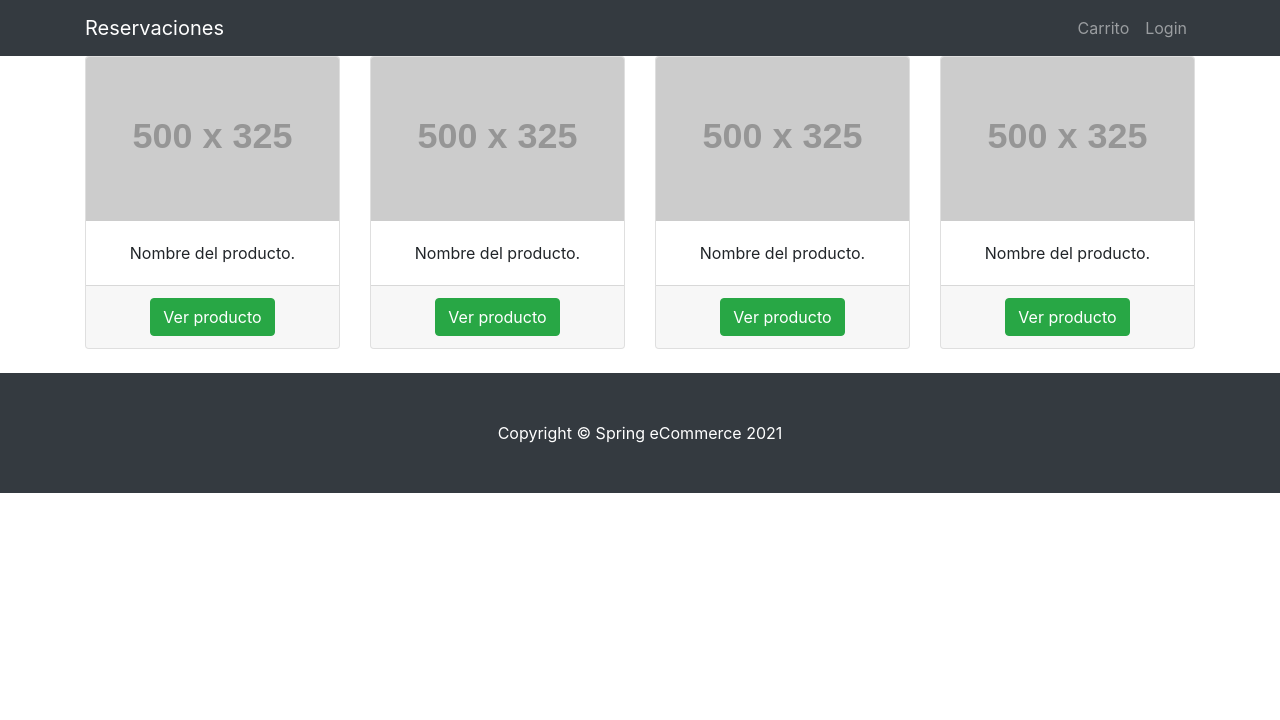
Repository: alexpool1122/Caso_Final_Laboratorio
Page: http://localhost/index
The author's editor kept a copy of each file at every save. The page is drawn from the files as they stood at one save, then again after the next save.
The browser window is 1280 px wide. The pictures show the whole page.
The page is this project's Thymeleaf template; nobody is signed in. The template is opened directly, without the code that normally fills it, so the values that code supplies are empty.

Above is the page before, as saved 2023-11-23 09:31:06.

After the next save:
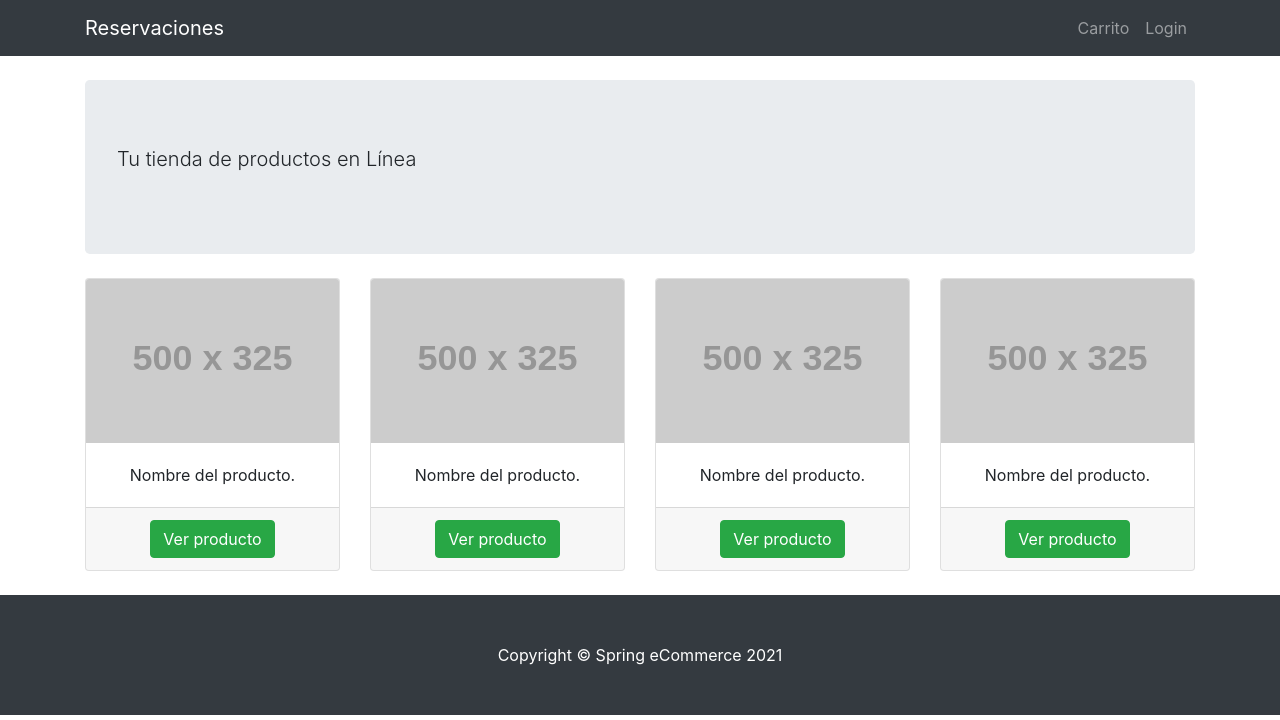
Saved 19 s later.
--- a/CasoFinal/src/main/resources/templates/index.html
+++ b/CasoFinal/src/main/resources/templates/index.html
@@ -18,8 +18,15 @@
 
 	<div th:include="templado_header_footer.html::header"></div>
 
+	<!-- Page Content -->
 	<div class="container">
 
+		<!-- Jumbotron Header -->
+		<header class="jumbotron my-4">
+			<p class="lead">Tu tienda de productos en Línea</p>
+		</header>
+
+		<!-- Page Features -->
 		<div class="row text-center">
 
 			<div class="col-lg-3 col-md-6 mb-4">
